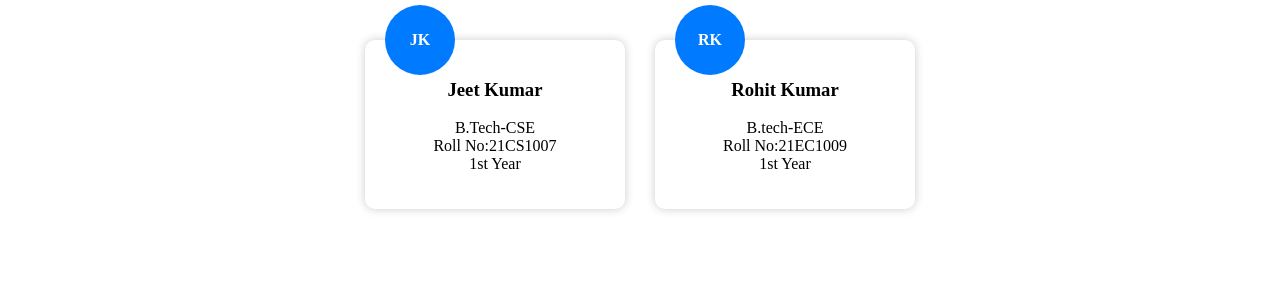
Repository: Glory998/ELCE1-32
Page: experiment8.html
These files come from the project's save history. The page is drawn as it stood at one moment and after the next save; the edit follows.
The browser window is 1280 px wide. The pictures show the whole page.

Above is the page before, as saved 2025-12-05 16:14:06.

### experiment8.html
<!DOCTYPE html>
<html>
    <head>
        <style>
            .container{
                display:flex;
                justify-content:center;
                gap:30px;
                margin-top:40px;
            }
            .card{
                width:220px;
                padding:20px;
                text-align:center;
                background:#fff;
                border-radius:10px;
                box-shadow:0 0 10px #ccc;
                position:relative;
            }
            .circle{
                width:70px;
                height:70px;
                border-radius:50%;
                background:#007bff;
                color:white;
                display:flex;
                justify-content:center;
                align-items:center;
                font-weight:bold;
                position:absolute;
                top:-35px;
                left:50%
                transform:translateX(-50%);
            }
            </style>
            </head>
            <body>
                <div class="container">
                <div class="card">
                    <div class="circle">JK</div>
                    <h3>Jeet Kumar</h3>
                    <p>B.Tech-CSE<br>Roll No:21CS1007<br>1st Year</p>
                </div>
                <div class="card">
                    <div class="circle">RK</div>
                    <h3>Rohit Kumar</h3>
                    <p>B.tech-ECE<br>Roll No:21EC1009<br>1st Year</p>
                 </div>
                 </div>
                </body>
                </html>

After the next save:
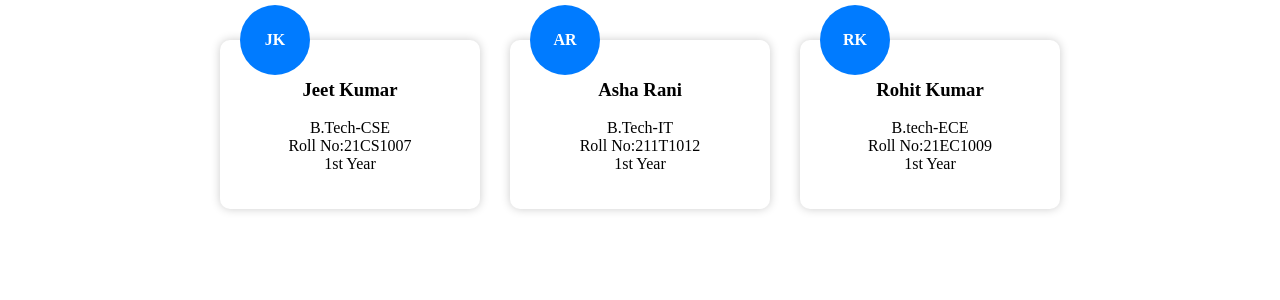
Saved 5 min 30 s later.
--- a/experiment8.html
+++ b/experiment8.html
@@ -42,9 +42,16 @@
                     <p>B.Tech-CSE<br>Roll No:21CS1007<br>1st Year</p>
                 </div>
                 <div class="card">
+                    <div class="circle">AR</div>
+                    <h3>Asha Rani</h3>
+                    <p>B.Tech-IT<br>Roll No:211T1012<br>1st Year</p>
+                </div>
+                <div class="card">
                     <div class="circle">RK</div>
                     <h3>Rohit Kumar</h3>
                     <p>B.tech-ECE<br>Roll No:21EC1009<br>1st Year</p>
+
+                    </div>
                  </div>
                  </div>
                 </body>
